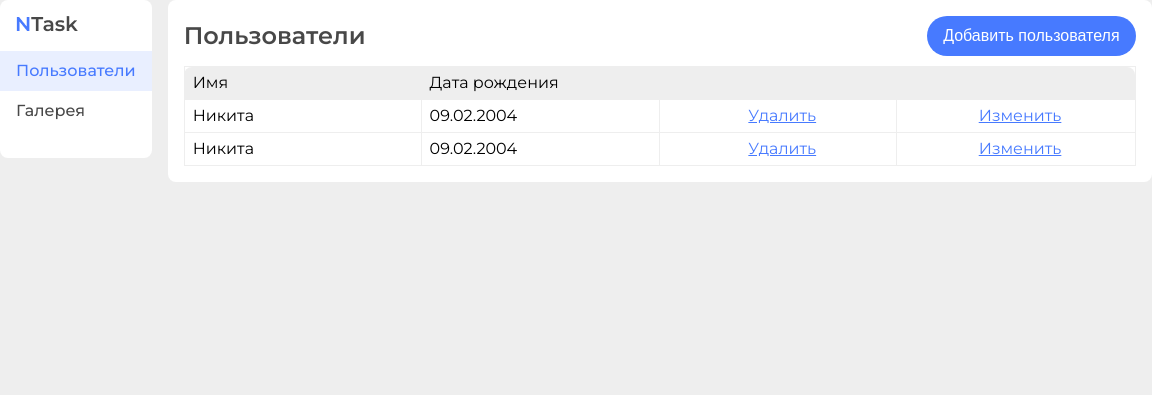
Repository: Grid-Master/NTask
Page: /
An editor plug-in stored every save of this project. The page is shown before and after the next save, followed by the edit.
The browser window is 1024 px wide. The page is 1152 px wide, then 1024 px, so the pictures cover 1152 px, including what lies to the right of the window. The pictures show the whole page.
The project was rebuilt for these pictures with package versions that can differ from the ones it lists, and the page was loaded fresh each time.

Above is the page before, as saved 2023-06-05 11:28:33.

After the next save:
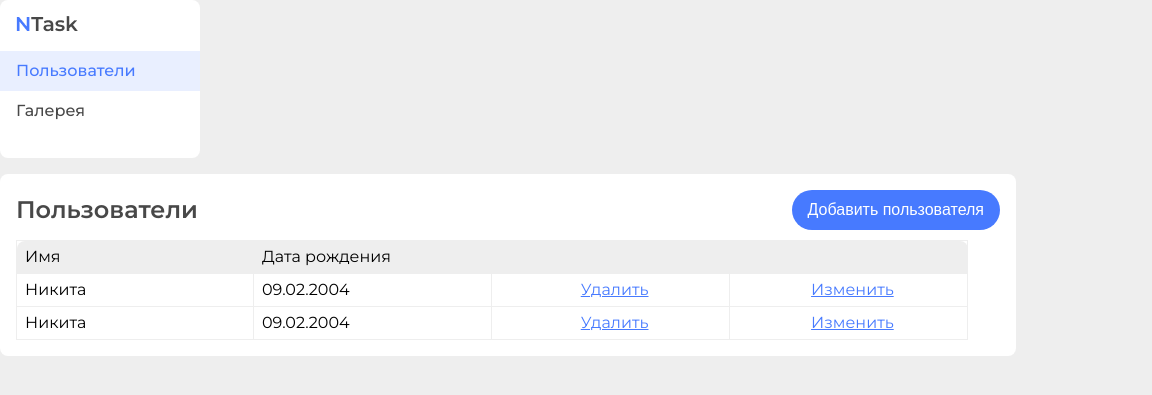
Saved 3 min 2 s later.
--- a/src/App.css
+++ b/src/App.css
@@ -3,3 +3,9 @@
   align-items:start;
   gap: 16px;
 }
+
+@media screen and (max-width: 1200px) {
+  .App {
+    flex-direction: column;
+  }
+}
